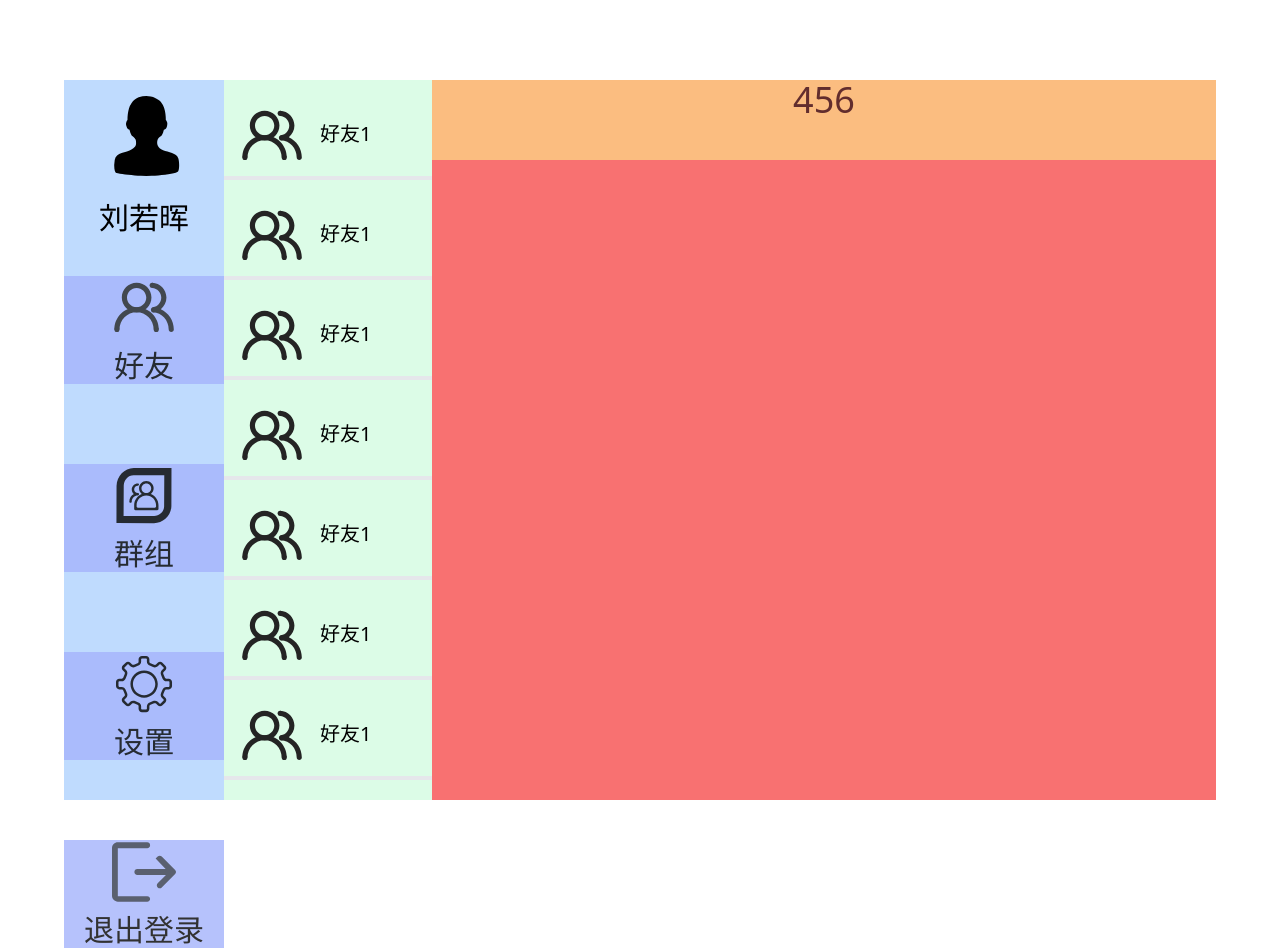
Repository: LiuRuohui/test_the_tailwindcss
Page: /
These files come from the project's save history. The page is drawn as it stood at one moment and after the next save; the edit follows.
The browser window is 1280 px wide. The pictures show the whole page.
The project was rebuilt for these pictures with package versions that can differ from the ones it lists, and the page was loaded fresh each time. Also part of the build but not shown: vite.config.js, src/components/WelcomingPage.vue, src/components/RegisterPage.vue, src/components/LoginPage.vue, src/components/ForgetPasswd.vue, src/components/HelloWorld.vue, src/components/UpdateInformation.vue, src/components/ShowInformation.vue.

Above is the page before, as saved 2022-03-14 23:18:04.

### src/App.vue
<script setup>
import WelcomingPage from "./components/WelcomingPage.vue"
import RegisterPage from "./components/RegisterPage.vue"
import LoginPage from "./components/LoginPage.vue";
import ForgetPasswd from "./components/ForgetPasswd.vue";
import HelloWorld from "./components/HelloWorld.vue";
import UpdateInformation from "./components/UpdateInformation.vue";
import ShowInformation from "./components/ShowInformation.vue";
import MainPage from "./components/MainPage.vue";
</script>

<template>
<!--<WelcomingPage class="page"></WelcomingPage>
<RegisterPage class="page"></RegisterPage>
<LoginPage class="page"></LoginPage>
<ForgetPasswd class="page"></ForgetPasswd>
<UpdateInformation class="page"></UpdateInformation>
<ShowInformation class="page"></ShowInformation> -->
<MainPage class="page"></MainPage>

</template>

<style>
.page{
    height: 100vh;
    background-color:hsla(190, 100%, 95%, 0.5)
}
</style>

### src/index.css
@tailwind base;
@tailwind components;
.inputFrame {
    @apply appearance-none rounded-none relative block w-full px-3 py-2 border border-gray-300 placeholder-gray-500 text-gray-900
}

.inputFrame:focus {
    @apply outline-none border-indigo-500 z-10 inline-block px-5 py-3 rounded-lg shadow-lg
}

.btn {
    @apply relative flex w-full justify-center py-2 border border-transparent font-medium rounded-md text-white bg-indigo-500
}

.btn:hover {
    @apply bg-indigo-700
}

.btn:focus {
    @apply outline-none ring-2 ring-offset-2 ring-indigo-400
}

@tailwind utilities;
@layer components {
    .card {
        background-color: theme('colors.blue.500');
        border-radius: theme('borderRadius.lg');
        padding: theme('spacing.6');
        box-shadow: theme('boxShadow.xl');
    }
    /* ... */
}

### src/components/MainPage.vue
<template>
<div class="flex flex-row sm:mx-16 sm:my-20 sm:text-xl ">
    <div class="sm:basis-40 bg-blue-200">
        <div class="grid grid-rows-3 sm:gap-6 gap-3">
            <div class="row-span-2">
                <img src="../assets/用户.svg" alt="" class="mt-2 sm:mt-4 h-20 w-2/3 mx-auto">
            </div>
            <div class="sm:text-3xl text-center m-auto">{{nickname}}</div>
            <div class="grid grid-rows-4 gap-20 mt-4 ">
                <div class="bg-indigo-300 opacity-80" @click="gotoFriends">
                    <img src="../assets/好友.svg" alt="好友" class="h-16 m-auto">
                    <p class="sm:text-3xl text-xl text-center mt-2">好友</p>
                </div>
                <div class="bg-indigo-300 opacity-80" @click="gotoGroups">
                    <img src="../assets/群组.svg" alt="群组" class="h-16 m-auto">
                    <p class="sm:text-3xl text-xl text-center mt-2">群组</p>
                </div>
                <div class="bg-indigo-300 opacity-80" @click="settings">
                    <img src="../assets/设置.svg" alt="设置" class="h-16 m-auto">
                    <p class="sm:text-3xl text-xl text-center mt-2">设置</p>
                </div>
                <div class="bg-indigo-300 opacity-80" @click="Logout">
                    <img src="../assets/退出.svg" alt="退出" class="h-16 m-auto">
                    <p class="sm:text-3xl text-xl text-center mt-2">退出登录</p>
                </div>
            </div>
        </div>
    </div>

    <div class="sm:basis-52 bg-green-100 overflow-auto">
        <div v-for="friend in friends.name" class="my-4 sm:text-xl ">
            <img src="../assets/好友.svg" alt="好友" class="h-16 my-2 ml-4 inline-block">
            <span class="sm:text-xl p-4">好友1</span>
            <hr class="border-2">
        </div>
    </div>

    <div class="sm:flex-1 bg-red-400">
        <div class="bg-yellow-200 sm:h-20 sm:text-4xl opacity-60">
            <p class="text-center">{{friends.name[1]}}</p>
        </div>
        <div class="">

        </div>
    </div>
</div>
</template>

<script setup>
import {ref,reactive} from "vue"
const nickname = ref('刘若晖')

const friends = reactive({
    name:['123','456','789','','','','','','','','','','','','','','','','',''],
    message:[],
})

const groups = reactive({})

function settings(){
    alert('你点击了设置')
}

function gotoFriends(){
    alert('显示好友列表')
}

function gotoGroups(){
    alert('显示群组列表')
}

function Logout(){
    var choose = confirm('退出登录!')
    if(choose == true){
        alert('退出登录，返回登录界面')
    }else{
        alert('111')
    }
}
</script>

<style>

</style>

### tailwind.config.js
module.exports = {
    content: [
        "./index.html",
        "./src/**/*.{vue,js,ts,jsx,tsx}",
    ],
    theme: {
        extend: {},
    },
    variants: {
        backgroundColor: ['responsive', 'hover', 'focus', 'active']
    },
    plugins: [],
}

Loaded but not shown: index.html (common file); src/main.js (common file)

After the next save:
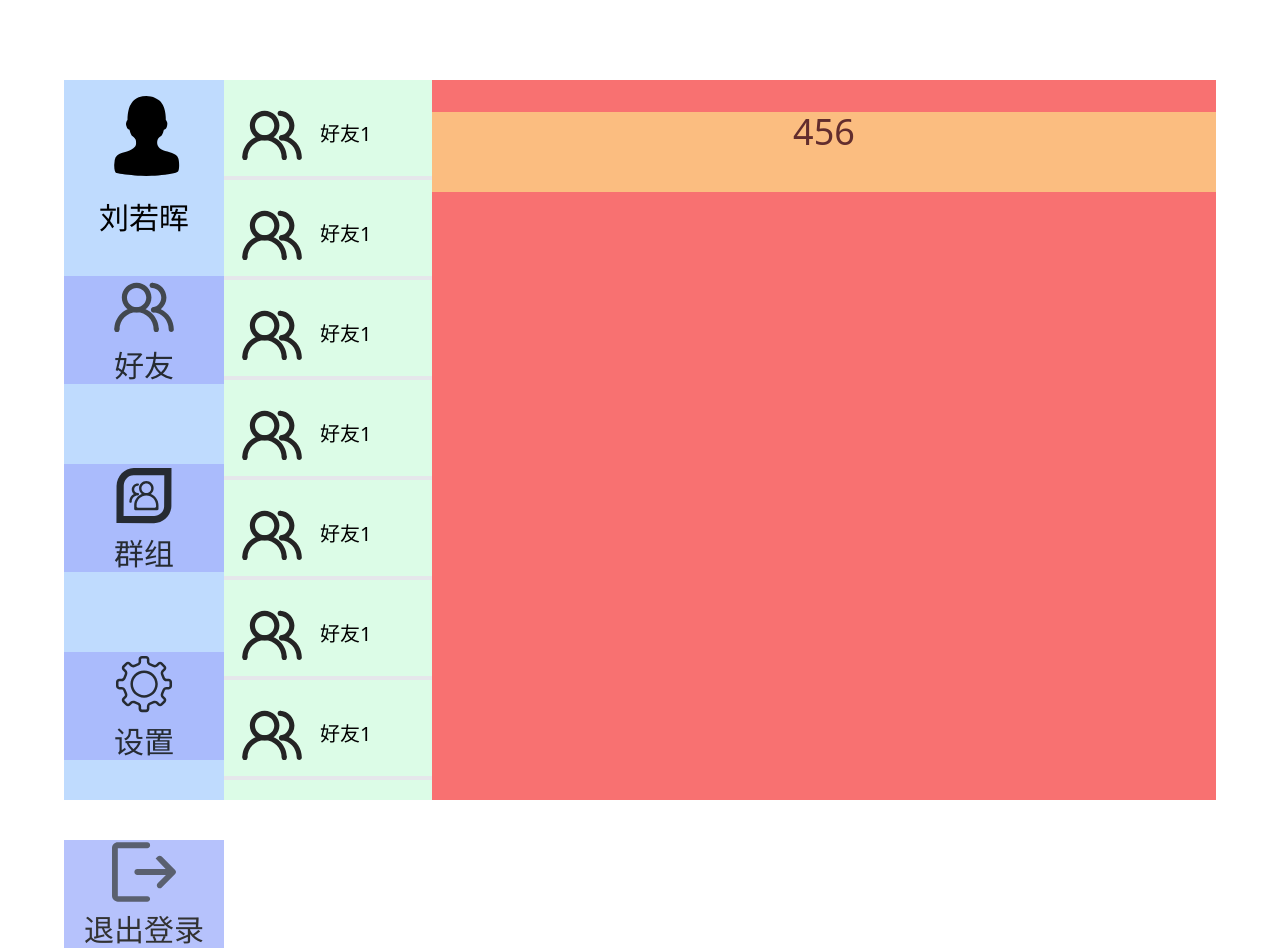
Saved 9 s later.
--- a/src/components/MainPage.vue
+++ b/src/components/MainPage.vue
@@ -37,7 +37,7 @@
 
     <div class="sm:flex-1 bg-red-400">
         <div class="bg-yellow-200 sm:h-20 sm:text-4xl opacity-60">
-            <p class="text-center">{{friends.name[1]}}</p>
+            <p class="text-center my-8">{{friends.name[1]}}</p>
         </div>
         <div class="">
 

After the save that followed:
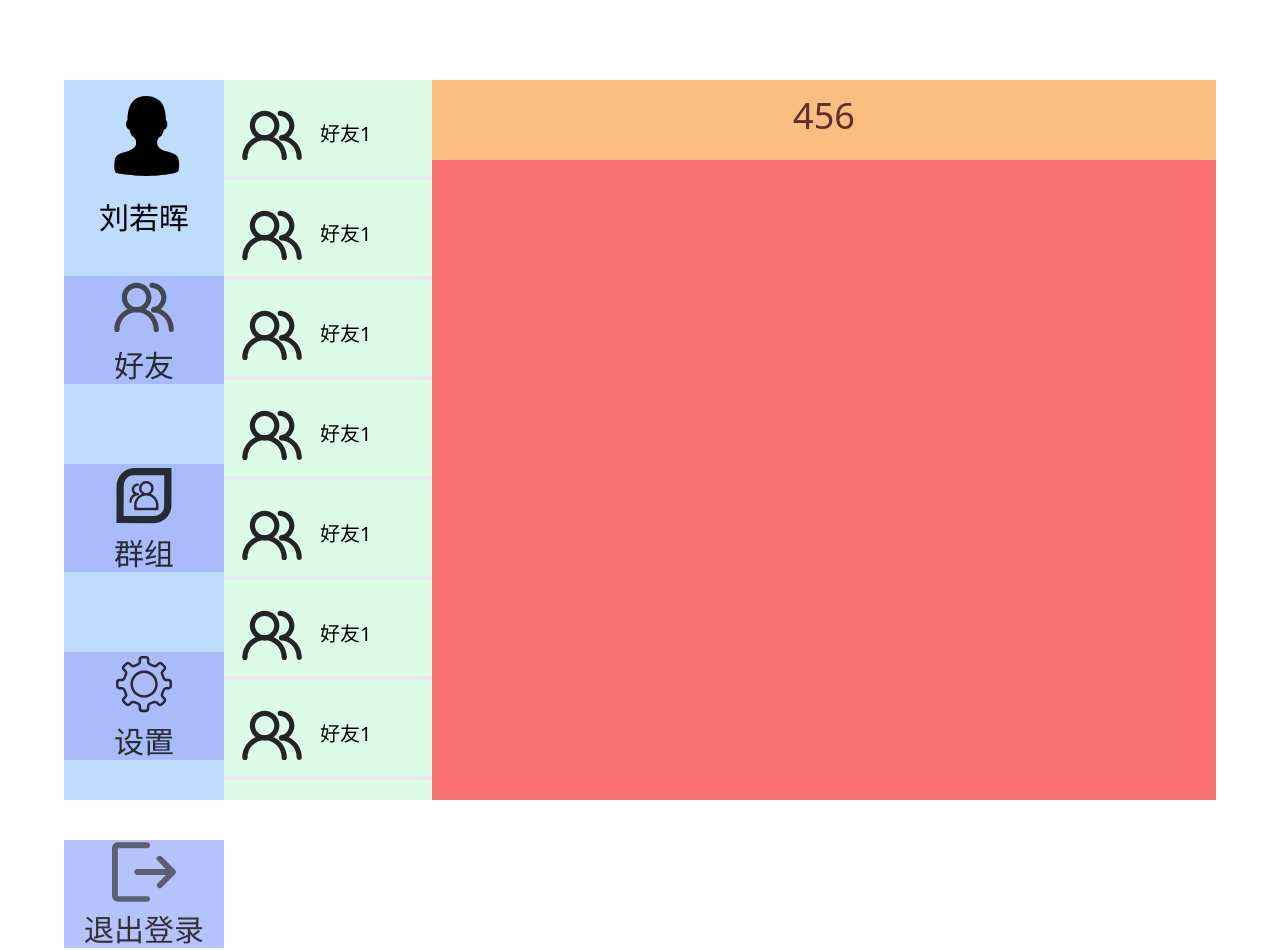
Saved 10 s later.
--- a/src/components/MainPage.vue
+++ b/src/components/MainPage.vue
@@ -37,7 +37,7 @@
 
     <div class="sm:flex-1 bg-red-400">
         <div class="bg-yellow-200 sm:h-20 sm:text-4xl opacity-60">
-            <p class="text-center my-8">{{friends.name[1]}}</p>
+            <p class="text-center pt-4">{{friends.name[1]}}</p>
         </div>
         <div class="">
 
